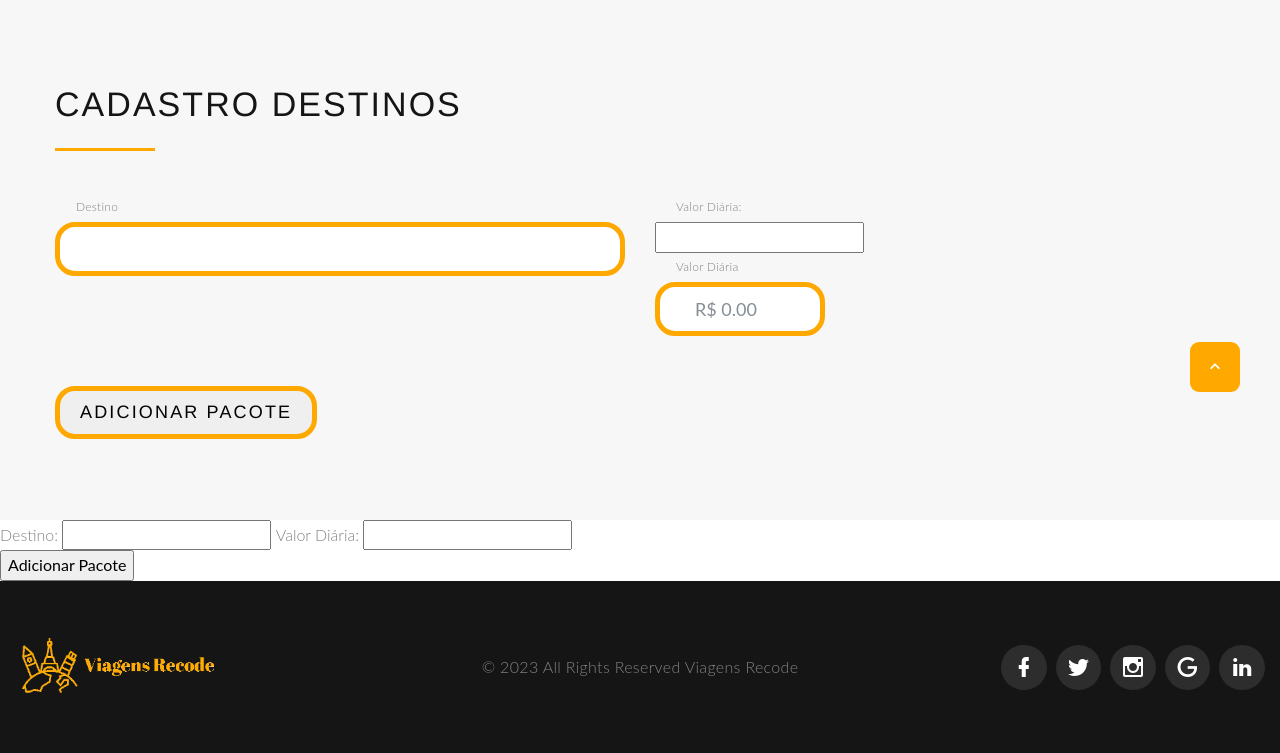
Repository: LiraS23/RecodePro2023-Modulo-4
Page: java/Modulo4/src/main/webapp/destinos.html
These files come from the project's save history. The page is drawn as it stood at one moment and after the next save; the edit follows.
The browser window is 1280 px wide. The pictures show the part of the page from y = 388 to 1190 px (the page is 1141 px tall before and 1190 px after).
Some web fonts or font styles are not loaded; a fallback is used.

Above is the page before, as saved 2023-10-28 16:26:55.

After the next save:
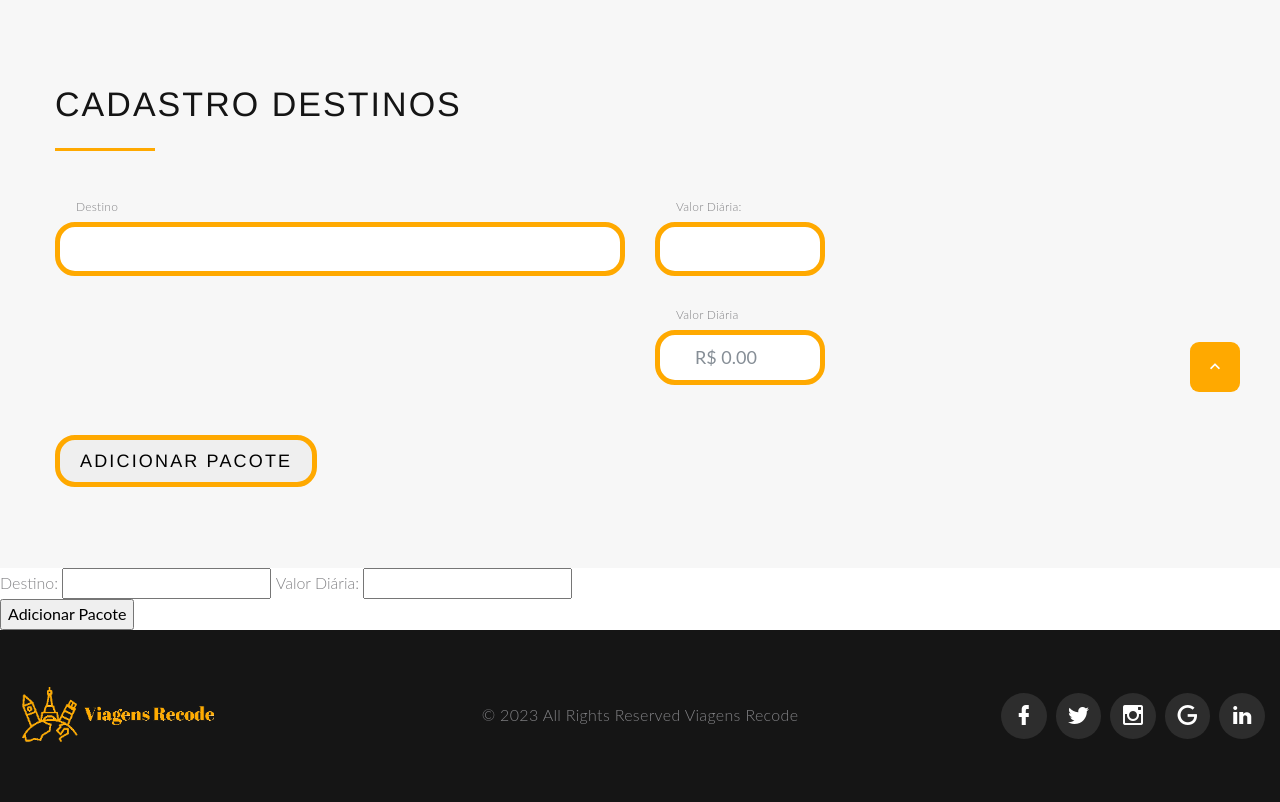
Saved 22 s later.
--- a/java/Modulo4/src/main/webapp/destinos.html
+++ b/java/Modulo4/src/main/webapp/destinos.html
@@ -96,8 +96,11 @@
 										<div class="col-md-2">
 											<div class "form-wrap form-wrap-validation">
 
-												<label class="form-label-outside" for="valorDiaria">Valor Diária:</label>
-												<input type="text" name="valorDiaria" required><br>
+												<label class="form-label-outside" for="valorDiaria">Valor
+													Diária:</label>
+												<input class="form-control"
+													style="border: 5px solid #FFA900; border-radius: 20px;" type="text"
+													name="valorDiaria" required><br>
 
 												<label class="form-label-outside" for="valorDiaria">Valor Diária</label>
 												<input class="form-control"
